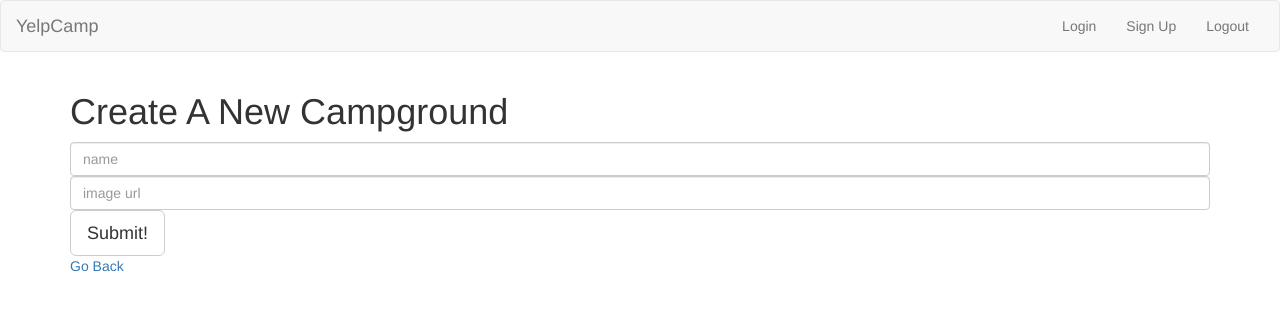
Repository: demioke/web-development-bootcamp
Page: http://localhost/campgrounds/new
The author's editor kept a record of every edit. The page is drawn from the files as they stood at one moment, then again after the next edit.
The browser window is 1280 px wide. The pictures show the whole page.
The page is served by the project's Node server (YelpCamp/v1/app.js).

Above is the page before.

### YelpCamp/v1/views/new.ejs
<% include partials/header %>

<div class="container">
    <h1>Create A New Campground</h1>

    <form action="/campgrounds" method="POST">
        <input class="form-control" type="text" name="name" placeholder="name">
        <input class="form-control" type="text" name="image" placeholder="image url">
        <button class="btn btn-lg btn-default">Submit!</button>
    </form>

    <a href="/campgrounds">Go Back</a>
</div>


<% include partials/footer %>

### YelpCamp/v1/views/partials/header.ejs
<!DOCTYPE html>
<html>
    <head>
        <title>YelpCamp</title>
        <link rel="stylesheet" href="https://stackpath.bootstrapcdn.com/bootstrap/3.3.5/css/bootstrap.min.css">
    </head>
    <body>

    <nav class="navbar navbar-default">
        <div class="container-fluid">
            <div class="navbar-header">
                <a class="navbar-brand" href="/">YelpCamp</a>
            </div>
            <div class="collapse navbar-collapse">
                <ul class="nav navbar-nav navbar-right">
                    <li><a href="/">Login</a></li>
                    <li><a href="/">Sign Up</a></li>
                    <li><a href="/">Logout</a></li>
                </ul>
            </div>
        </div>
    </nav>

### YelpCamp/v1/views/partials/footer.ejs
     </body>
</html>

### YelpCamp/v1/app.js
var express = require("express");
var app = express();
var bodyParser = require("body-parser");

app.use(bodyParser.urlencoded({extended: true}));
app.set("view engine", "ejs");

var campgrounds = [
        {name: "Salmon Creek", image:"https://farm9.staticflickr.com/8041/7930201874_6c17ed670a.jpg"},
        {name: "Granite Hill", image:"https://farm8.staticflickr.com/7205/7121863467_eb0aa64193.jpg"},
        {name: "Mountain Goat's Rest", image:"https://pixabay.com/get/e83db50929f0033ed1584d05fb1d4e97e07ee3d21cac104497f9c67eafe4b1be_340.jpg"}
];

app.get("/", function(req, res) {
    res.render("landing");
});

app.get("/campgrounds", function(req, res) {
    res.render("campgrounds", {campgrounds: campgrounds});
});

app.post("/campgrounds", function(req, res) {
    //get data from form and add to campgrounds array
    var name = req.body.name;  //body-parser allows us to obtain the body req as an object. ".name" is the name attr in form on new.ejs
    var image = req.body.image;
    var newCampground = {name: name, image: image}; //creating new campground object
    campgrounds.push(newCampground); //adding new campground to campgrounds array
    //redirect back to campgrounds page
    res.redirect("/campgrounds"); //redirects as get request
});

app.get("/campgrounds/new", function(req, res) {
    res.render("new.ejs"); //form for adding new campgrounds
});




app.listen(process.env.PORT, process.env.IP, function() {
    console.log("The YelpCamp Server has started");
});

After the next edit:
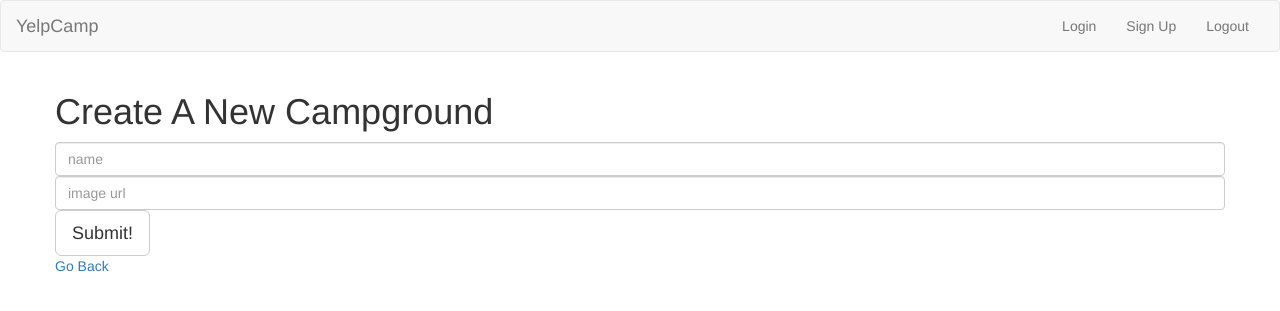
The edit:
--- a/YelpCamp/v1/views/new.ejs
+++ b/YelpCamp/v1/views/new.ejs
@@ -1,15 +1,18 @@
 <% include partials/header %>
 
 <div class="container">
-    <h1>Create A New Campground</h1>
+    <div class="row">
+            <h1>Create A New Campground</h1>
 
-    <form action="/campgrounds" method="POST">
-        <input class="form-control" type="text" name="name" placeholder="name">
-        <input class="form-control" type="text" name="image" placeholder="image url">
-        <button class="btn btn-lg btn-default">Submit!</button>
-    </form>
+        <form action="/campgrounds" method="POST">
+            <input class="form-control" type="text" name="name" placeholder="name">
+            <input class="form-control" type="text" name="image" placeholder="image url">
+            <button class="btn btn-lg btn-default">Submit!</button>
+        </form>
 
-    <a href="/campgrounds">Go Back</a>
+        <a href="/campgrounds">Go Back</a>
+    </div>
+
 </div>
 
 
